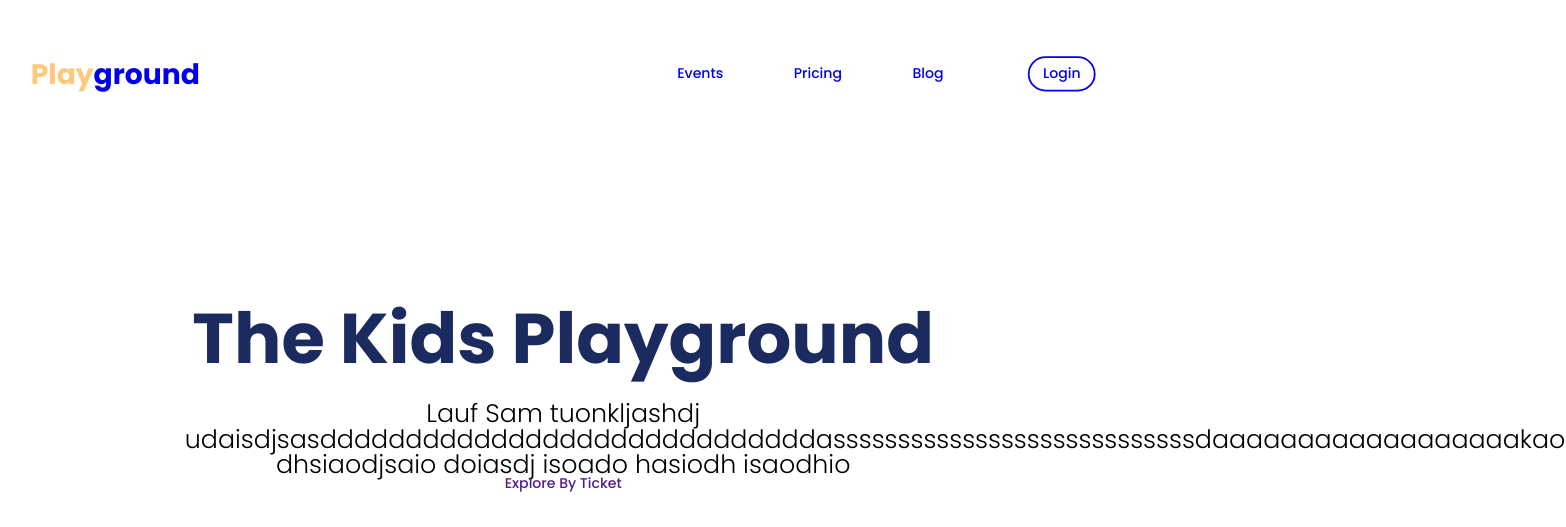
Repository: lausamtuong/Cut-psd-to-html
Page: index.html
These files come from the project's save history. The page is drawn as it stood at one moment and after the next save; the edit follows.
The browser window is 1280 px wide. The page is 1779 px wide, so the pictures cover 1779 px, including what lies to the right of the window. The pictures show the whole page, at 88% of full size.
The style sheet was rebuilt from its Sass, Less or Tailwind sources for each picture, by a compiler version that may differ from the author's.

Above is the page before, as saved 2021-12-06 15:34:53.

### index.html
<!DOCTYPE html>
<html lang="en">
<head>
    <meta charset="UTF-8">
    <meta http-equiv="X-UA-Compatible" content="IE=edge">
    <meta name="viewport" content="width=device-width, initial-scale=1.0">

    <title>Document</title>
    <link rel="stylesheet" href="style.css">
    <link rel="stylesheet" href="reset.css">
    <link href="https://fonts.googleapis.com/css2?family=Lato:ital,wght@1,700;1,900&family=Poppins:wght@300;500;700&display=swap" rel="stylesheet">

</head>
<body>
    <div class="wrapper">
        <header class="header">
            <div class="container header__iner">
                <a href="index.html" class="logo">
                    <span class="logo__text">Play</span>ground
                </a>
                <nav class="header__menu">
                    <ul class="header__menu-list">
                        <li class="header__menu-item">
                            <a href="#" class="header__menu-link">Events</a>
                        </li>
                        <li class="header__menu-item">
                            <a href="#" class="header__menu-link">Pricing</a>
                        </li>
                        <li class="header__menu-item">
                            <a href="#" class="header__menu-link">Blog</a>
                        </li>
                        <li class="header__menu-item">
                            <a href="#" class="header__menu-link header__menu-login">Login</a>
                        </li>
                    </ul>
                </nav>
            </div>
        </header>
        <section class="banner">
            <div class="container">
                <h1 class="banner__headding">
                    The Kids Playground
                </h1>
                <p class="banner__decs">Lauf Sam tuonkljashdj udaisdjsasdddddddddddddddddddddddddddddassssssssssssssssssssssssssssdaaaaaaaaaaaaaaaaaakao dhsiaodjsaio doiasdj isoado hasiodh isaodhio</p>
                <div class="banner__buttons">
                    <a href="" class="btn">Explore</a>
                    <a href="" class="btn">By Ticket</a>
                </div>
            </div>
        </section>
    </div>
</body>
</html>

### reset.css
/* http://meyerweb.com/eric/tools/css/reset/
   v2.0 | 20110126
   License: none (public domain)
*/

html, body, div, span, applet, object, iframe,
h1, h2, h3, h4, h5, h6, p, blockquote, pre,
a, abbr, acronym, address, big, cite, code,
del, dfn, em, img, ins, kbd, q, s, samp,
small, strike, strong, sub, sup, tt, var,
b, u, i, center,
dl, dt, dd, ol, ul, li,
fieldset, form, label, legend,
table, caption, tbody, tfoot, thead, tr, th, td,
article, aside, canvas, details, embed,
figure, figcaption, footer, header, hgroup,
menu, nav, output, ruby, section, summary,
time, mark, audio, video {
	margin: 0;
	padding: 0;
	border: 0;
	font-size: 100%;
	font: inherit;
	vertical-align: baseline;
    font-family: "Poppins",sans-serif;
}
/* HTML5 display-role reset for older browsers */
article, aside, details, figcaption, figure,
footer, header, hgroup, menu, nav, section {
	display: block;
}
body {
	line-height: 1;
}
ol, ul {
	list-style: none;
}
blockquote, q {
	quotes: none;
}
blockquote:before, blockquote:after,
q:before, q:after {
	content: '';
	content: none;
}
table {
	border-collapse: collapse;
	border-spacing: 0;
}

### style.scss
$primary-color:#ffc87a;
$text-color:#1b2b5f;
a{
    text-decoration: none;
}
.container{
    padding: 0 20px;
    max-width: 1210px;
    margin: 0 auto;

}
.header{
    padding-top: 4rem;
    &__iner{
        display: flex;
        justify-content:space-between;
        align-items: center;

    }
    &__menu{
        &-list{
        display: flex;
        align-items: center;
        }
        &-item{
            margin-left: 5rem;
            &:last-child{
                margin-left: 6rem;
            }
        }
        &-link{
            font-size: 16px;
            &:hover{
                color:$primary-color;
                transition:  0.3s linear;
            }
        }
        &-login{
            padding: 10px 15px;
            display:inline-block;
            border:2px solid;
            border-radius: 100rem;
        }
    }
}
.logo{
font-size: 2rem;
font-weight: 600;
&:focus{
    color: $text-color;
}
&__text{
    color:$primary-color
}
}
.banner{
    padding-top:15rem;
    max-width: 900px;
    margin: 0 auto;
    text-align: center;
    &__headding{
        font-size: 5rem;
        color:$text-color;
        font-weight: 900;
        margin-bottom: 2rem;
    }
    &__decs{
        font-size: 1.8rem;
        font-weight: 300;
    }
}

After the next save:
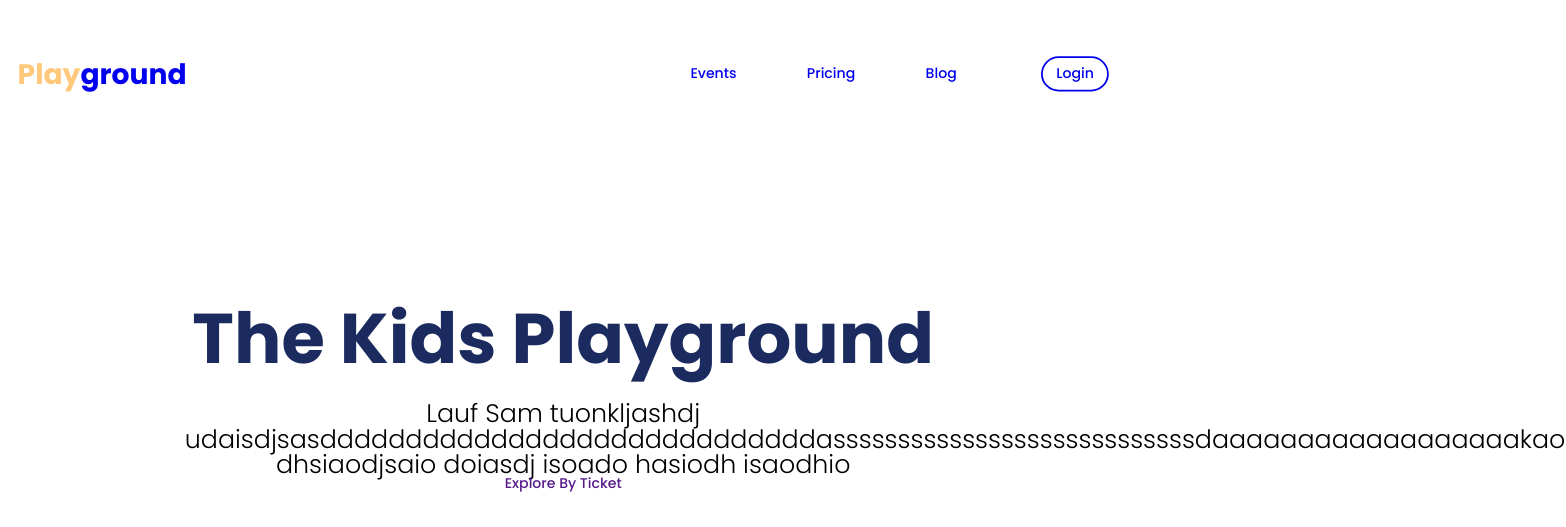
Saved 54 s later.
--- a/style.scss
+++ b/style.scss
@@ -5,7 +5,7 @@
 }
 .container{
     padding: 0 20px;
-    max-width: 1210px;
+    max-width: 100%;
     margin: 0 auto;
 
 }
